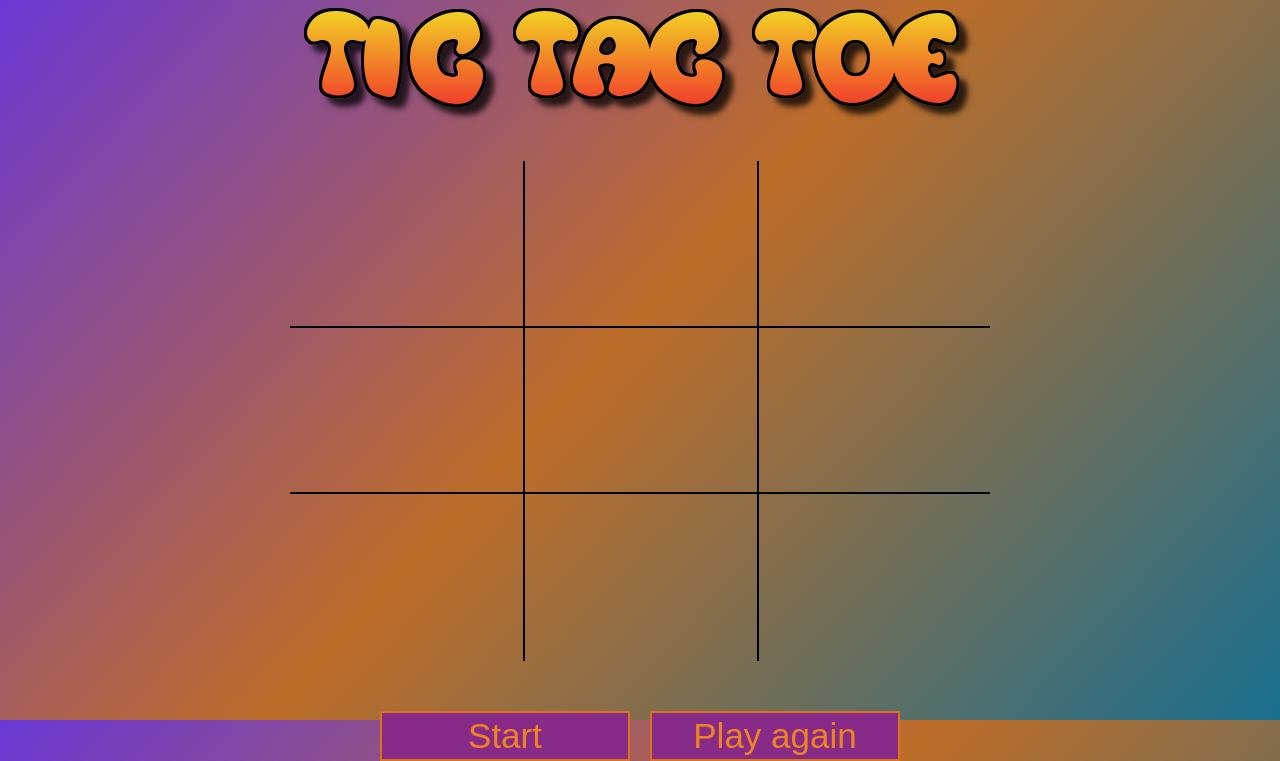
Repository: malx9/Project--5---Tic-Tac-Toe-with-AI
Page: index.html
These files come from the project's save history. The page is drawn as it stood at one moment and after the next save; the edit follows.
The browser window is 1280 px wide. The pictures show the whole page.
Some web fonts or font styles are not loaded; a fallback is used.

Above is the page before, as saved 2023-12-25 17:51:08.

### index.html
<!DOCTYPE html>
<html lang="en">
  <head>
    <meta charset="UTF-8" />
    <meta name="viewport" content="width=device-width, initial-scale=1.0" />
    <link rel="stylesheet" href="styles.css" />
    <title>Tic Tac Toe</title>
  </head>
  <body>
    <header>
      <img class="logo" src="images/logo.png" />
    </header>
    <main>
      <div class="game--board">
        <div class="square square-1"></div>
        <div class="square square-2"></div>
        <div class="square square-3"></div>
        <div class="square square-4"></div>
        <div class="square square-5"></div>
        <div class="square square-6"></div>
        <div class="square square-7"></div>
        <div class="square square-8"></div>
        <div class="square square-9"></div>
      </div>
      <div class="game--options">
        <button class="game--options__button game--options__start">
          Start
        </button>
        <button class="game--options__button game--options__play">
          Play again
        </button>
      </div>
    </main>
  </body>
</html>

### styles.css
@import url("https://fonts.googleapis.com/css2?family=Concert+One&display=swap");

html {
  height: 100%;
  margin: 0;
  font-family: "Concert One", sans-serif;
}

body {
  margin: 0;
  background: rgb(106, 56, 213);
  background: linear-gradient(
    133deg,
    rgba(106, 56, 213, 1) 0%,
    rgba(190, 109, 41, 1) 48%,
    rgba(25, 111, 143, 1) 100%
  );
}

.logo {
  display: block;
  margin-left: auto;
  margin-right: auto;
  margin-bottom: 30px;
}

.game--board {
  display: grid;
  grid-template-columns: repeat(3, 1fr);
  grid-template-rows: repeat(3, 1fr);
  width: 700px;
  height: 500px;
  margin: auto;
}

.square {
  background-color: transparent;
  border: 2px solid #000000;
  border-top: 0;
  border-right: 0;
}

.square-7,
.square-8,
.square-9 {
  border-bottom: 0;
}

.square-1,
.square-4,
.square-7 {
  border-left: 0;
}

.game--options {
  display: flex;
  justify-content: center;
  align-items: center;
  gap: 20px;
  margin-top: 50px;
}

.game--options__button {
  width: 250px;
  height: 50px;
  background-color: rgb(136, 43, 136);
  border-style: solid;
  border-color: rgb(219, 115, 29);
  font-size: 35px;
  color: rgb(238, 132, 32);
  font-family: "Concert One", sans-serif;
}

After the next save:
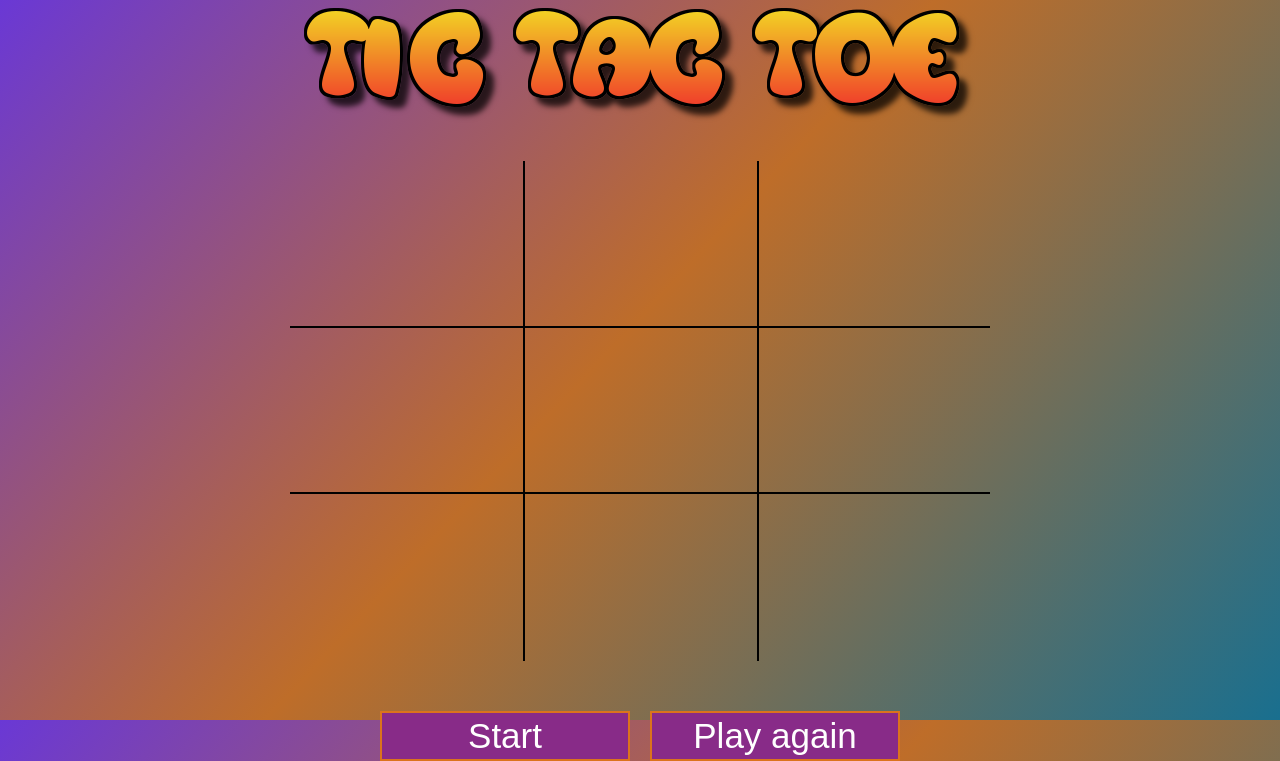
Saved 5 s later.
--- a/styles.css
+++ b/styles.css
@@ -67,6 +67,6 @@ body {
   border-style: solid;
   border-color: rgb(219, 115, 29);
   font-size: 35px;
-  color: rgb(238, 132, 32);
+  color: rgb(255, 255, 255);
   font-family: "Concert One", sans-serif;
 }
